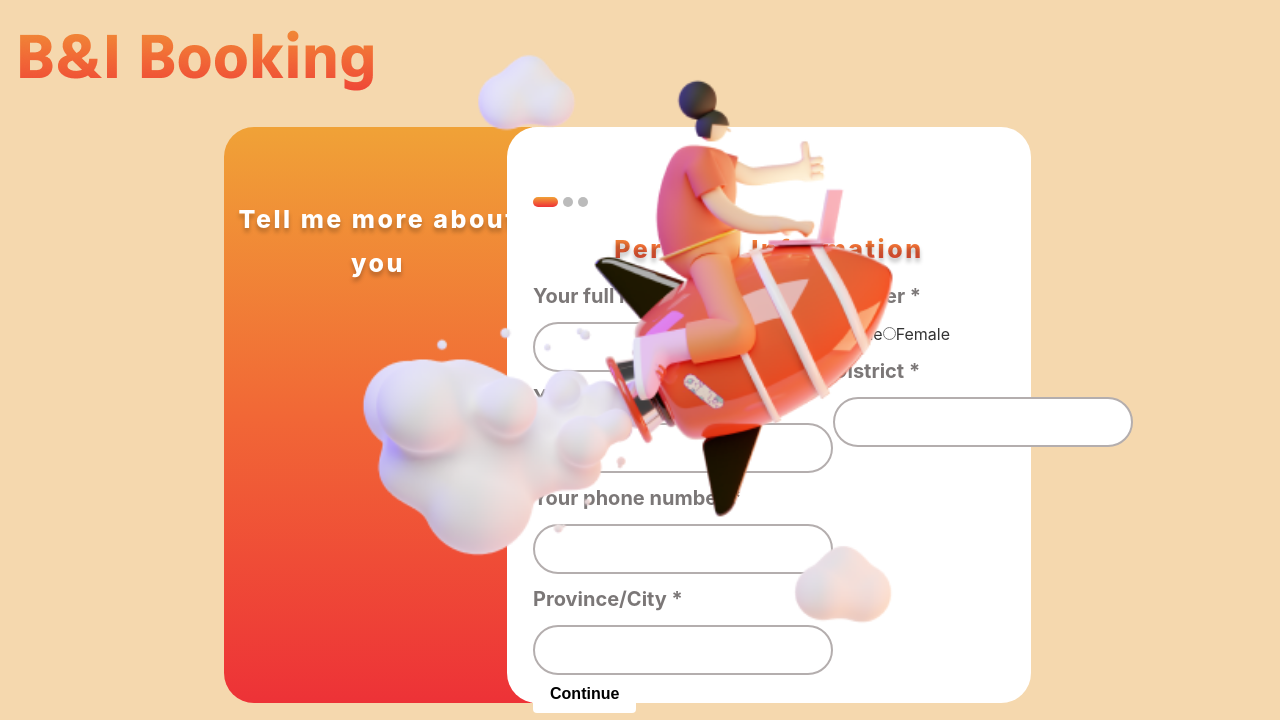
Repository: Grand-Line-PNV/FE-BIBooking
Page: /
An editor plug-in stored every save of this project. The page is shown before and after the next save, followed by the edit.
The browser window is 1280 px wide. The pictures show the whole page.
The project was rebuilt for these pictures with package versions that can differ from the ones it lists, and the page was loaded fresh each time. Also part of the build but not shown: src/App.css.

Above is the page before, as saved 2023-02-06 09:40:59.

### public/index.html
<!DOCTYPE html>
<html lang="en">

<head>
  <meta charset="utf-8" />
  <link rel="icon" href="%PUBLIC_URL%/logoBIBooking.png" />
  <meta name="viewport" content="width=device-width, initial-scale=1" />
  <meta name="theme-color" content="#000000" />
  <meta name="description" content="Web site created using create-react-app" />
  <link rel="apple-touch-icon" href="%PUBLIC_URL%/logoBIBooking.png" />
  <!--
      manifest.json provides metadata used when your web app is installed on a
      user's mobile device or desktop. See https://developers.google.com/web/fundamentals/web-app-manifest/
    -->
  <link rel="manifest" href="%PUBLIC_URL%/manifest.json" />
  <!--
      Notice the use of %PUBLIC_URL% in the tags above.
      It will be replaced with the URL of the `public` folder during the build.
      Only files inside the `public` folder can be referenced from the HTML.

      Unlike "/favicon.ico" or "favicon.ico", "%PUBLIC_URL%/favicon.ico" will
      work correctly both with client-side routing and a non-root public URL.
      Learn how to configure a non-root public URL by running `npm run build`.
    -->
  <title>B&IBooking</title>
</head>

<body>
  <noscript>You need to enable JavaScript to run this app.</noscript>
  <div id="root"></div>
  <!--
      This HTML file is a template.
      If you open it directly in the browser, you will see an empty page.

      You can add webfonts, meta tags, or analytics to this file.
      The build step will place the bundled scripts into the <body> tag.

      To begin the development, run `npm start` or `yarn start`.
      To create a production bundle, use `npm run build` or `yarn build`.
    -->
</body>

</html>

### src/App.js
import "./App.css";
import { Provider } from "react-redux";
import store from "./redux";
import { faChevronLeft } from "@fortawesome/free-solid-svg-icons";
import { FontAwesomeIcon } from "@fortawesome/react-fontawesome";
import classNames from "classnames/bind";
import Button from "./components/Button/Button";
import PersonalInformation from "../src/view/pages/Influencers/PersonalInformation/index";

const cx = classNames.bind();

function App() {
  return (
    <Provider store={store}>
      <PersonalInformation />
    </Provider>
  );
}

export default App;

### src/styles/GlobalStyles.js
import "./GlobalStyles.scss";

function GlobalStyles({ children }) {
  return children;
}
export default GlobalStyles;

### src/redux/index.js
import { configureStore } from "@reduxjs/toolkit";

const store = configureStore({
	reducer: {
	},
});

export default store;

### src/components/Button/Button.js
import classNames from "classnames/bind"
import { Link } from "react-router-dom";
import styles from './Button.module.scss'

const cx = classNames.bind(styles)

function Button({
    children,
    small=false,
    large=false,
    primary = false,
    outline = false,
    rounded= false,
    text = false,
    disabled = false,
    to, href,className,leftIcon,rightIcon, onClick, ...passProps}) {
    let Comp = 'button';
    const props = {
        onClick,
        ...passProps
    }
    //Remove event listener when btn is disabled

    if(disabled) {
        Object.keys(props).forEach(key =>{
            if(key.startsWith('on') && typeof props[key] === 'function'){
                delete props[key];
            }
        })
    }
    if(to){
        props.to = to
        Comp = Link
    }else if(href){
        props.href = href
        Comp = 'a'
    }
    const classes = cx('wrapper',{
        [className]:className,
        primary,
        outline,
        rounded,
        small,
        large,
        text,
        disabled
    })
    return (
        <Comp className={classes} {...props}>
            {leftIcon && <span className={cx('icon')}>{leftIcon}</span>}
            <span className={cx('title')}>{children}</span>
            {rightIcon && <span className={cx('icon')}>{rightIcon}</span>}

        </Comp>
    )
}

export default Button;

### src/view/pages/Influencers/PersonalInformation/index.js
import React from "react";
import classNames from "classnames/bind";
import styles from "./PersonalInformation.module.scss";
import { Logo, Saly1 } from "../../../../assets/images";
import Button from "../../../../components/Button/Button";

const cx = classNames.bind(styles);

export default function PersonalInformation() {
  return (
    <>
      <div>
        <div className={cx("personalInfor")}>
          <img
            style={{ objectFit: "cover", padding: "30px 20px" }}
            src={Logo}
            alt="LogoB&IBooking"
          />
          <div className={cx("container")}>
            <div className={cx("personalInfor__container")}>
              <div className={cx("block_left")}>
                <p className={cx("personalInfor_title")}>
                  Tell me more about you
                </p>
              </div>
                <img className={cx("saly1_img")} src={Saly1} alt="Saly1" />
              <div className={cx("block_right")}>
                <div className={cx("block__container")}>
                  <div className={cx("dots")}>
                    <span className={cx("dot", "active")}></span>
                    <span className={cx("dot")}></span>
                    <span className={cx("dot")}></span>
                  </div>
                  <div className={cx("information")}>
                    <p className={cx("information__title")}>
                      Personal Information
                    </p>
                    <form className={cx("form")}>
                      <div className={cx("form-control-left")}>
                        <div className={cx("form-group")}>
                          <label className={cx("form-label")}>Your full name *</label>
                          <input className={cx("form-input")} type="email" required />
                        </div>
                        <div className={cx("form-group")}>
                          <label className={cx("form-label")}>Your address email *</label>
                          <input className={cx("form-input")} type="email" required />
                        </div>
                        <div className={cx("form-group")}>
                          <label className={cx("form-label")}>Your phone number *</label>
                          <input className={cx("form-input")} type="email" required />
                        </div>
                        <div className={cx("form-group")}>
                          <label className={cx("form-label")}>Province/City *</label>
                          <input className={cx("form-input")} type="email" required />
                        </div>
                      </div>
                      <div className={cx("form-control-right")}>
                        <div className={cx("form-group")}>
                          <label className={cx("form-label")}>Gender *</label>
                          <div className={cx("input-radio")}>
                            <input type="radio" required />
                            <label>Male</label>
                            <input type="radio" required />
                            <label>Female</label>
                          </div>
                        </div>
                        <div className={cx("form-group")}>
                          <label className={cx("form-label")}>District *</label>
                          <input className={cx("form-input")} type="email" required />
                        </div>
                      </div>
                    </form>
                    <Button>Continue</Button>
                  </div>
                </div>
              </div>
            </div>
          </div>
        </div>
      </div>
    </>
  );
}

### src/styles/GlobalStyles.scss
:root{
    --white:  rgba(255, 255, 255, 1.0);
    --primary: #fe2c55;
    --black: #000;
    --text-color: #333;
}
*{
    margin: 0;
    padding: 0;
    box-sizing: border-box;
}
html{
    font-size:62.5%;
}
body{
    text-rendering: optimizeSpeed;
    font-family: 'ProximaNova', sans-serif;
    font-size: 1.6rem;
    line-height: 1.5;
    color: var(--text-color)
}
button, input,[tabindex]{
    outline: none;
    border: none;
}
a[href]{
    color: var(--text-color);
    text-decoration: none
}

### src/components/Button/Button.module.scss
.wrapper{
    display: inline-flex;
    align-items: center;
    justify-content: center;
    font-size: 1.6rem;
    font-weight:700;
    font-family: 'ProximaNova', sans-serif;
    min-width: 100px;
    padding: 9px 16px;
    border-radius: 4px;
    cursor: pointer;
    background-color: var(--white);
    border: 1px solid transparent;
    user-select: none;

    + .wrapper{
        margin-left:8px;
    }
    &.disabled{
        pointer-events: none;
        opacity: 0.6;
    }
}
//Button types
.rounded{
    border-radius:999px;
    border-width: 1px;
    border-style: solid;
    box-shadow: 0 2px 8px rgb(0 0 0 / 6%);
    border-color: rgba(22, 24, 35, 0.12);

    &:hover{
        border-color: rgba(22, 24, 35, 0.2);
        background-color: rgba(22, 24, 35, 0.03);
    }
}

.primary{
    color: var(--white);
    background-color: var(--primary);
    border-color: var(--primary);
    &:hover{
        border-color: var(--primary);
        background: linear-gradient(0deg, rgba(0, 0, 0, 0.06), rgba(0, 0, 0, 0.06)),#FE2C55;
    }
}
.outline{
    color: var(--primary);
    border-color: currentColor;
    &:hover{
        border-color: currentColor;
        background-color: rgba(254, 44, 85, 0.06);
    }
}
.text{
    &:hover{
        text-decoration: underline;
    }
}
//Disabled

// Button sizes
.small{
    min-width: 88px;
    padding: 4px 16px;
}
.large{
    padding: 14px 16px;
    min-width: 140px;
}
.icon + .title, .title + .icon{
    margin-left: 8px;
}
.icon{
    display: inline-block;
    width: 24px;
    text-align: center;
}

### src/view/pages/Influencers/PersonalInformation/PersonalInformation.module.scss
:root {
  // color
  --Wheat-color: #f5d8ae;
  --SonicSilver-color: #7b7777;
  --Linear-orange-color: linear-gradient(
    180deg,
    #f0a237 0%,
    #f16736 50.31%,
    #ed3237 100%
  );
  --Inter-font-family: "Inter", sans-serif;
}
.personalInfor {
  width: 100%;
  height: 100vh;
  background-color: var(--Wheat-color);
  font-family: var(--Inter-font-family);
  & .container {
    width: 65%;
    // height: 50vh;
    // background-color: white;
    margin: 0 auto;
    border-radius: 20px;
    & .personalInfor__container {
      width: 100%;
      height: 80vh;
      display: flex;
      position: relative;
      & .block_left {
        width: 37%;
        background: var(--Linear-orange-color);
        text-align: center;
        position: relative;
        border-top-left-radius: 30px;
        border-bottom-left-radius: 30px;
        & .personalInfor_title {
          padding-top: 70px;
          font-style: normal;
          font-weight: 800;
          font-size: 25px;
          line-height: 44px;
          letter-spacing: 0.1em;
          color: #ffffff;
          text-shadow: 0px 4px 4px rgba(0, 0, 0, 0.25);
        }
        // & .saly1_img {
        //   width: 67rem;
        //   object-fit: cover;
        //   position: absolute;
        //   z-index: 1;
        //   bottom: 0;
        //   left: 0;
        //   transform: translateX(-60px);
        // }
      }
      & .saly1_img {
        width: 67rem;
        object-fit: cover;
        position: absolute;
        z-index: 1;
        bottom: 0;
        left: 0;
        // transform: translateX(-60px);
      }
      & .block_right {
        width: 63%;
        background-color: white;
        border-radius: 30px;
        transform: translateX(-25px);
        & .block__container {
          width: 90%;
          height: 65vh;
          margin: 0 auto;
          margin-top: 70px;
          position: relative;
          & .dots {
            display: flex;
            gap: 5px;
            & .dot {
              height: 10px;
              width: 10px;
              background-color: #bbb;
              border-radius: 100rem;
            }
            & .active {
              background: var(--Linear-orange-color);
              width: 25px;
            }
          }
          & .information {
            // position: relative;
            // z-index: 100;
            & .information__title {
              margin-top: 20px;
              background: linear-gradient(
                180deg,
                #f0a237 0%,
                #f16736 50.83%,
                #ed3237 100%
              );
              background-clip: text;
              color: transparent;
              font-style: normal;
              font-weight: 800;
              font-size: 25px;
              line-height: 44px;
              letter-spacing: 0.1em;
              text-shadow: 0px 4px 4px rgba(0, 0, 0, 0.25);
              text-align: center;
            }
            & .form {
              display: flex;
              & .form-control-left {
              }
              & .form-group {
                display: flex;
                flex-direction: column;
                & .form-label {
                  color: var(--SonicSilver-color);
                  font-style: normal;
                  font-weight: 700;
                  font-size: 20px;
                  line-height: 51px;
                }
                & .form-input {
                  background: #ffffff;
                  border: 2px solid #b4aeae;
                  border-radius: 99px;
                  width: 300px;
                  height: 50px;
                  font-size: 20px;
                  text-align: center;
                }
              }
            }
          }
        }
      }
    }
  }
}

### src/assets/images/index.js
import Logo from "./LogoB&IBooking.png";
import Saly1 from "./Saly1.png";

export { Logo, Saly1 };

Loaded but not shown: src/index.js (common file); src/index.css (common file); src/reportWebVitals.js (common file)

After the next save:
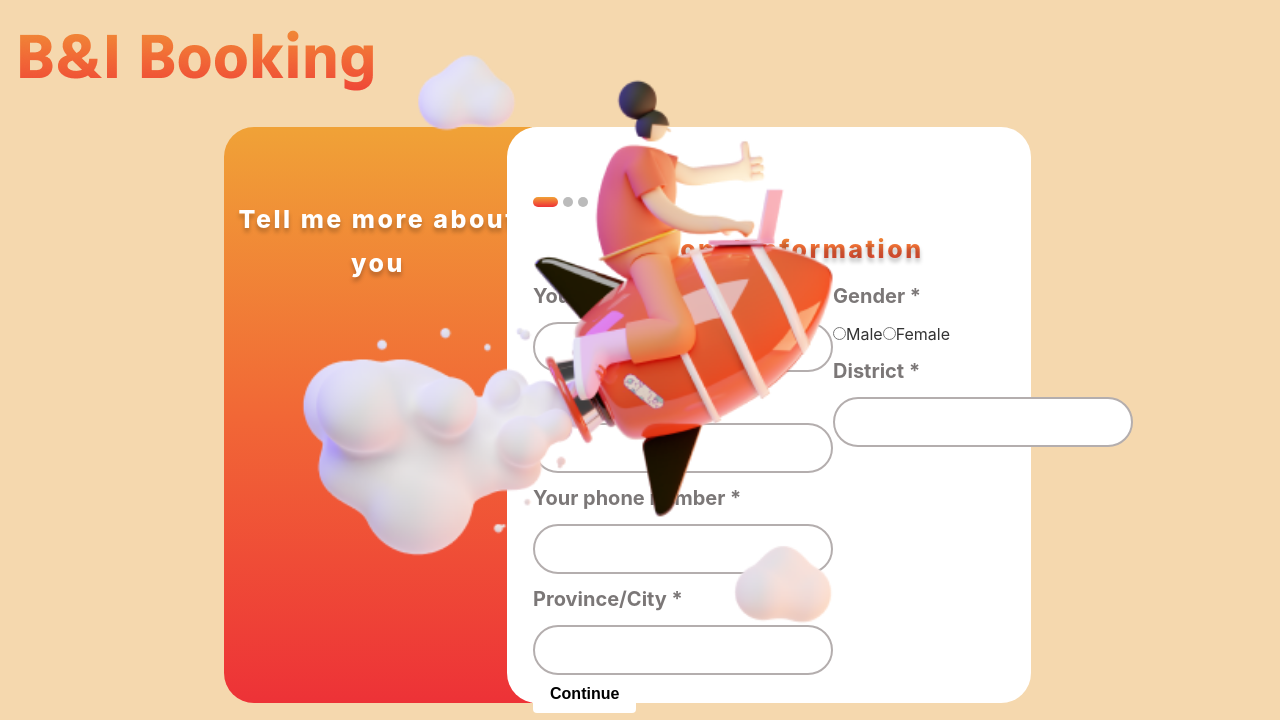
Saved 7 s later.
--- a/src/view/pages/Influencers/PersonalInformation/PersonalInformation.module.scss
+++ b/src/view/pages/Influencers/PersonalInformation/PersonalInformation.module.scss
@@ -60,7 +60,7 @@
         z-index: 1;
         bottom: 0;
         left: 0;
-        // transform: translateX(-60px);
+        transform: translateX(-60px);
       }
       & .block_right {
         width: 63%;
